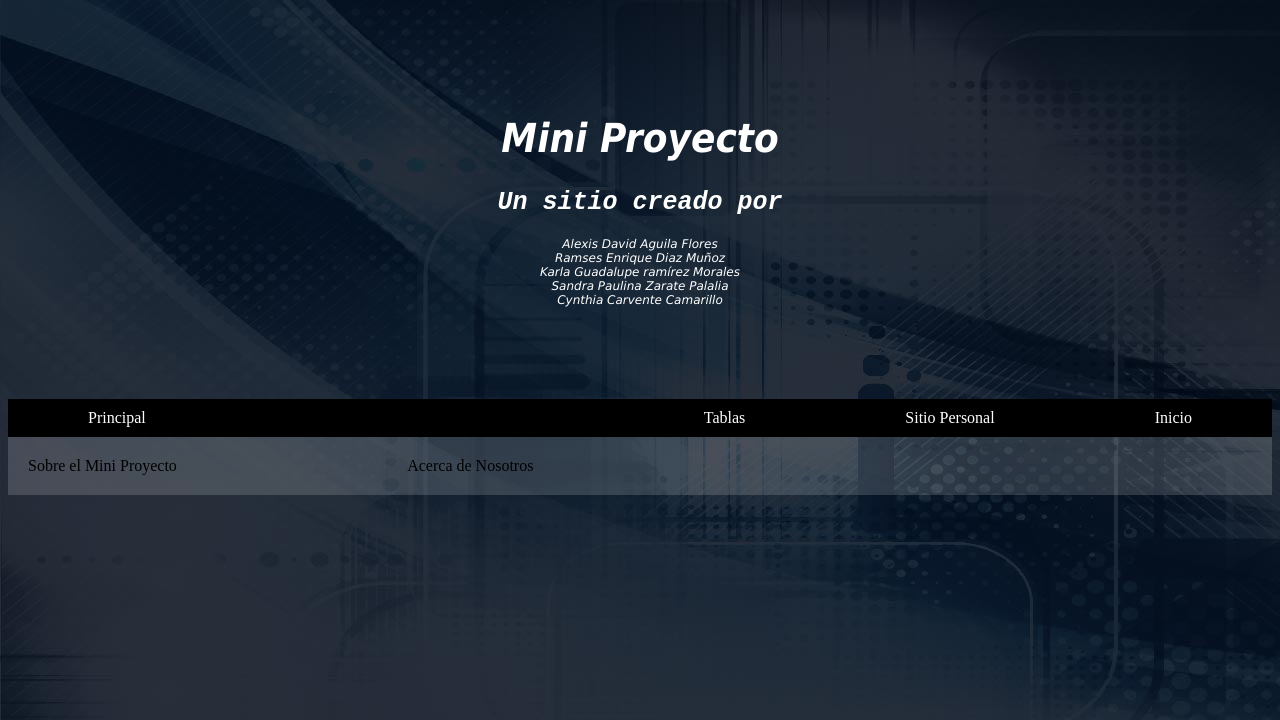
Repository: Dogueen/miniProyectoUniversidad
Page: miniProyecto/principal.html
These files come from the project's save history. The page is drawn as it stood at one moment and after the next save; the edit follows.
The browser window is 1280 px wide. The pictures show the whole page.

Above is the page before, as saved 2023-10-31 15:28:43.

### miniProyecto/principal.html
<!DOCTYPE html>
<html lang="es">

<head>
    <title>Ejemplo de un Website</title>
    <meta charset="UTF-8">
    <meta name="viewport" content="width=device-width, initial-scale=1">
    <link rel="stylesheet" type="text/css" href="styles/principal.css" />

    <style>
    </style>
</head>

<body>

    <div class="header">
        <h1>Mini Proyecto</h1>
        <h2> Un sitio creado por</h2>
        <dl>
            <dt>Alexis David Aguila Flores</dt>
            <dt>Ramses Enrique Diaz Muñoz</dt>
            <dt>Karla Guadalupe ramírez Morales</dt>
            <dt>Sandra Paulina Zarate Palalia</dt>
            <dt>Cynthia Carvente Camarillo</dt>
        </dl>
    </div>

    <div class="navbar">
        <a href="pages/inicio.html">Inicio</a>
        <a href="pages/personal.html">Sitio Personal</a>
        <a href="pages/tablas.html">Tablas</a>
        <a href="principal.html" class="left">Principal</a>
    </div>

    <div class="row">
        <div class="side">
            <caption>Sobre el Mini Proyecto</caption>
        </div>
        <div class="main"><caption>Acerca de Nosotros</caption></div>
    </div>

</body>

</html>

### miniProyecto/styles/principal.css
body {
    background-image: url("../images/bg-img.jpg");
}

.header {
    padding: 80px;
    text-align: center;
    color: white;
}

.header h1 {
    font-size: 40px;
    font-style: italic;
    font-family: Tahoma;
}

.header h2 {
    font-size: 25px;
    font-style: italic;
    font-family: monospace;
}

.header dl {
    font-size: 12px;
    font-style: italic;
    font-family: Verdana, Geneva, Tahoma, sans-serif;
}

.navbar {
    overflow: hidden;
    background-color: #000000;
}

.navbar a {
    float: right;
    display: block;
    color: white;
    text-align: center;
    padding: 10px 80px;
    text-decoration: none;
}

.navbar a:hover {
    background-color: #ddd;
    color: black;
}

.navbar a.left {
    float: left;
}

* {
    box-sizing: border-box;
}

.row {
    display: flex;
    flex-wrap: wrap;
}

.side {
    flex: 30%;
    background-color: #f1f1f12a;
    padding: 20px;
}

.main {
    flex: 70%;
    background-color: #f1f1f12a;
    padding: 20px;
}

@media screen and (max-width: 700px) {
    .row {
        flex-direction: column;
    }
}

@media screen and (max-width: 400px) {
    .navbar a {
        float: none;
        width: 100%;
    }
}

After the next save:
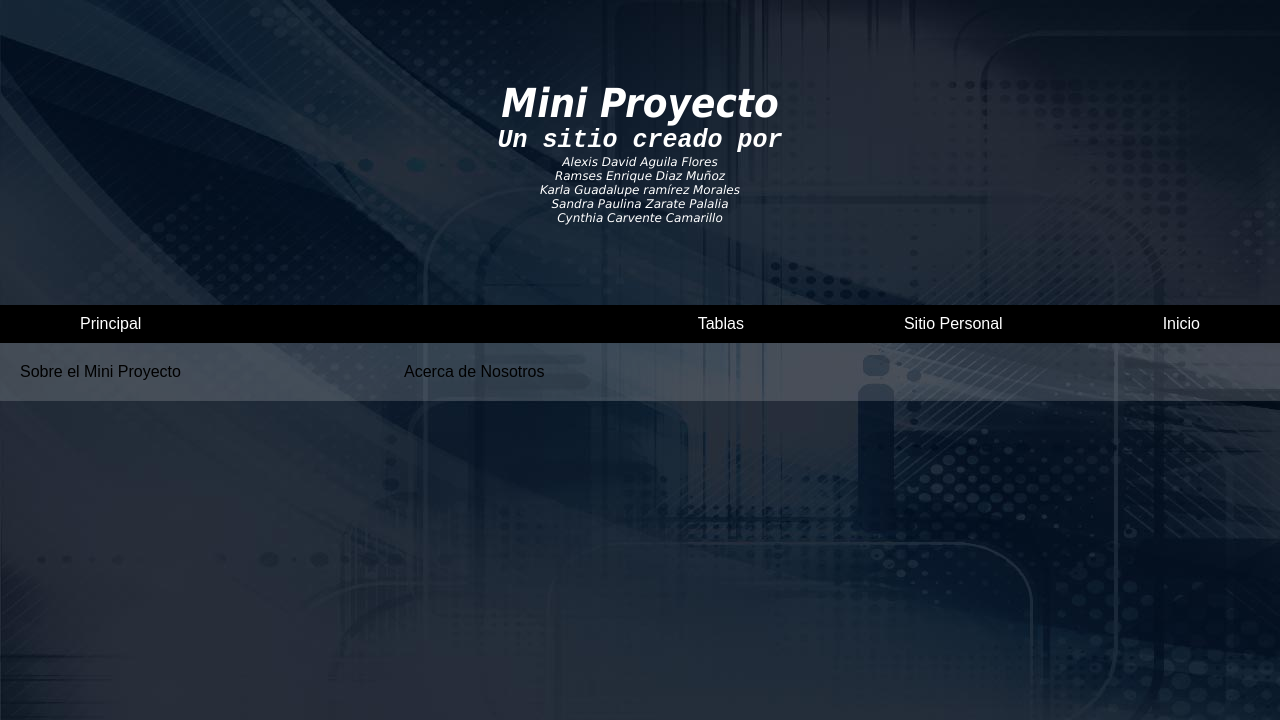
Saved 22 s later.
--- a/miniProyecto/styles/principal.css
+++ b/miniProyecto/styles/principal.css
@@ -1,5 +1,13 @@
+* {
+    box-sizing: border-box;
+    margin: 0;
+    padding: 0;
+}
+
 body {
     background-image: url("../images/bg-img.jpg");
+    margin: 0;
+    font-family: Arial, sans-serif;
 }
 
 .header {
